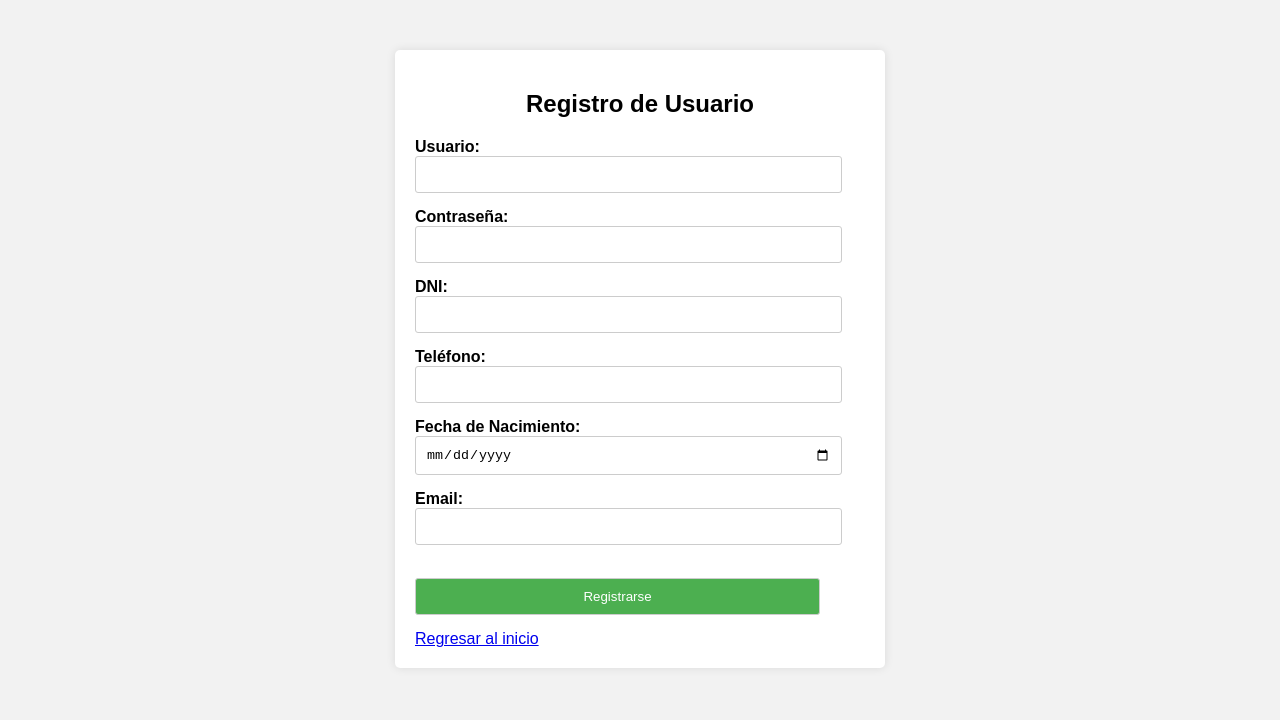
Repository: mativan15/AroundTheWorld_Website
Page: http://localhost/landing/Templates/registro.php
These files come from the project's save history. The page is drawn as it stood at one moment and after the next save; the edit follows.
The browser window is 1280 px wide. The pictures show the whole page.
The page is run by PHP 8.4 with error messages shown; the project is at /var/www/html/.

Above is the page before, as saved 2024-05-03 20:01:00.

After the next save:
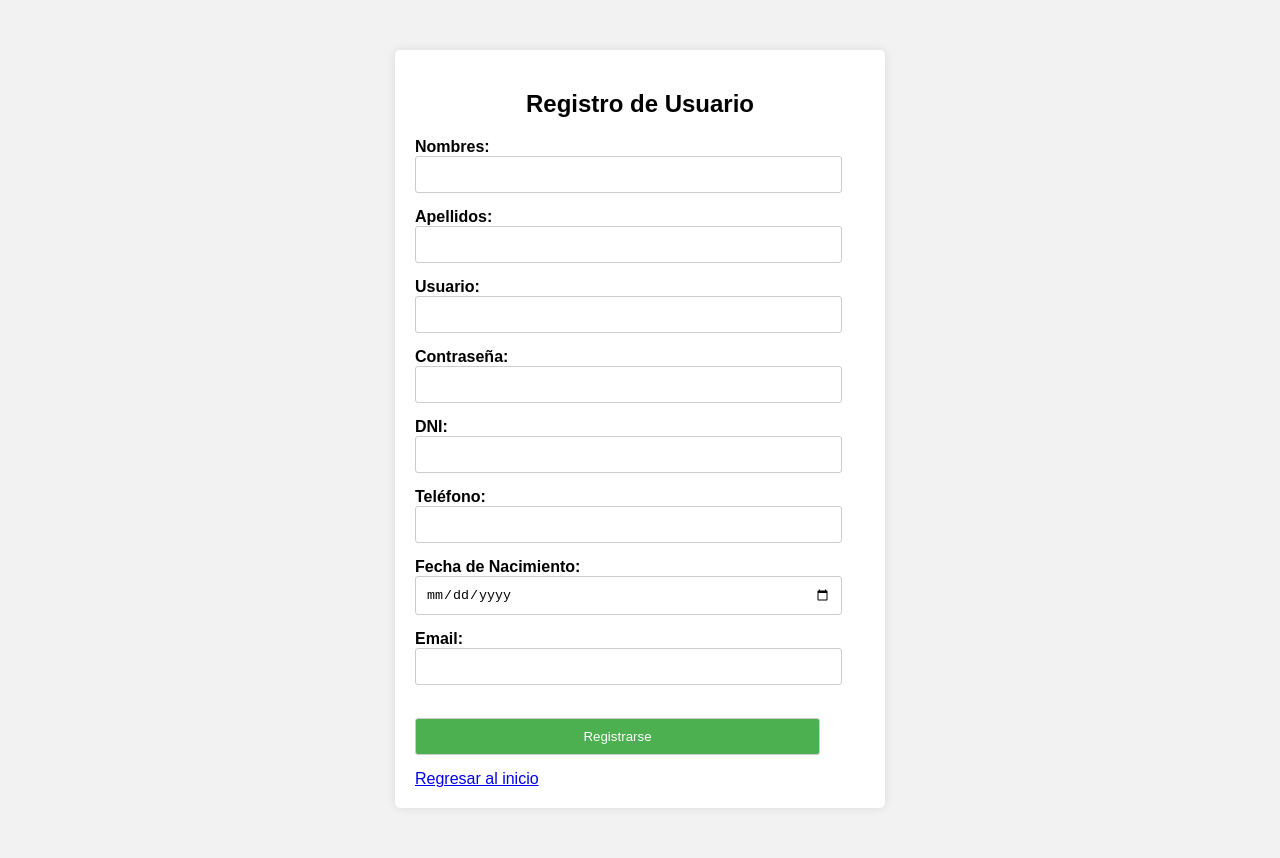
Saved 2 h 26 min later.
--- a/Templates/registro.php
+++ b/Templates/registro.php
@@ -13,7 +13,7 @@ if ($_SERVER["REQUEST_METHOD"] == "POST") {
     if ($mysqli->connect_error) {
         die("Error de conexión: " . $mysqli->connect_error);
     }
-    $stmt = $mysqli->prepare("INSERT INTO usuarios_ (username, password, dni, telefono, fecha_nacimiento, email) VALUES (?, ?, ?, ?, ?, ?)");
+    $stmt = $mysqli->prepare("INSERT INTO usuarios (username, password, dni, telefono, fecha_nacimiento, email) VALUES (?, ?, ?, ?, ?, ?)");
     $hashed_password = password_hash($password, PASSWORD_DEFAULT);
     $stmt->bind_param("ssssss", $username, $hashed_password, $dni, $telefono, $fecha_nacimiento, $email);
 
@@ -40,6 +40,10 @@ if ($_SERVER["REQUEST_METHOD"] == "POST") {
     <div class="container">
         <h2>Registro de Usuario</h2>
         <form action="<?php echo htmlspecialchars($_SERVER["PHP_SELF"]); ?>" method="POST">
+            <label for="nombre">Nombres:</label><br>
+            <input type="text" id="nombre" name="nombre" required><br>
+            <label for="apellido">Apellidos:</label><br>
+            <input type="text" id="apellido" name="apellido" required><br>
             <label for="username">Usuario:</label><br>
             <input type="text" id="username" name="username" required><br>
             <label for="password">Contraseña:</label><br>
